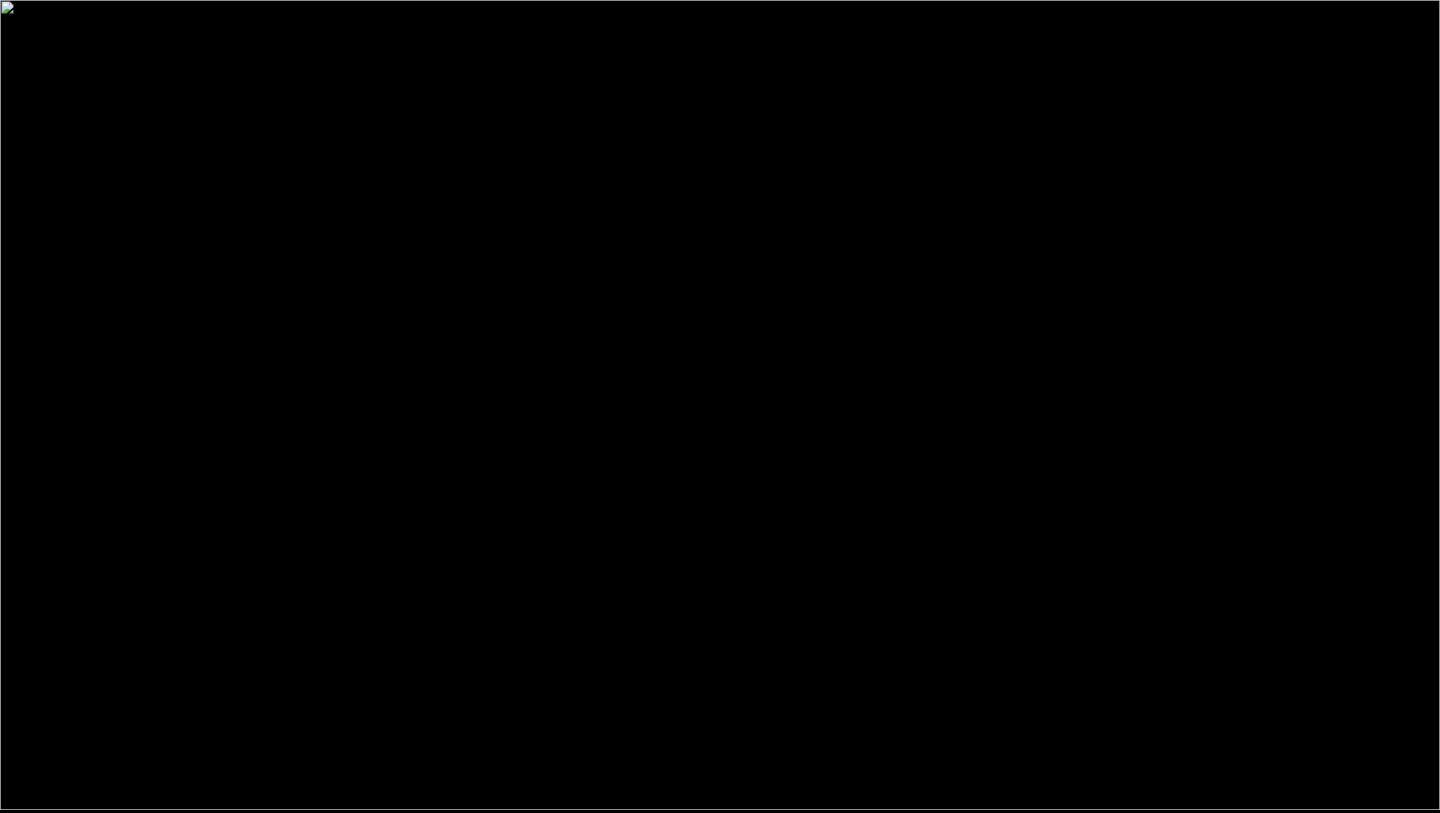
Repository: omargo33/si001
Page: tizen/SI00100/paginas/presentacion.html
The author's editor kept a copy of each file at every save. The page is drawn from the files as they stood at one save, then again after the next save.
The browser window is 1280 px wide. The page is 1920 px wide, then 1280 px, then 1920 px, so the pictures cover 1920 px, including what lies to the right of the window. The pictures show the whole page, at 75% of full size.

Above is the page before, as saved 2022-09-30 02:43:31.

After the next save:
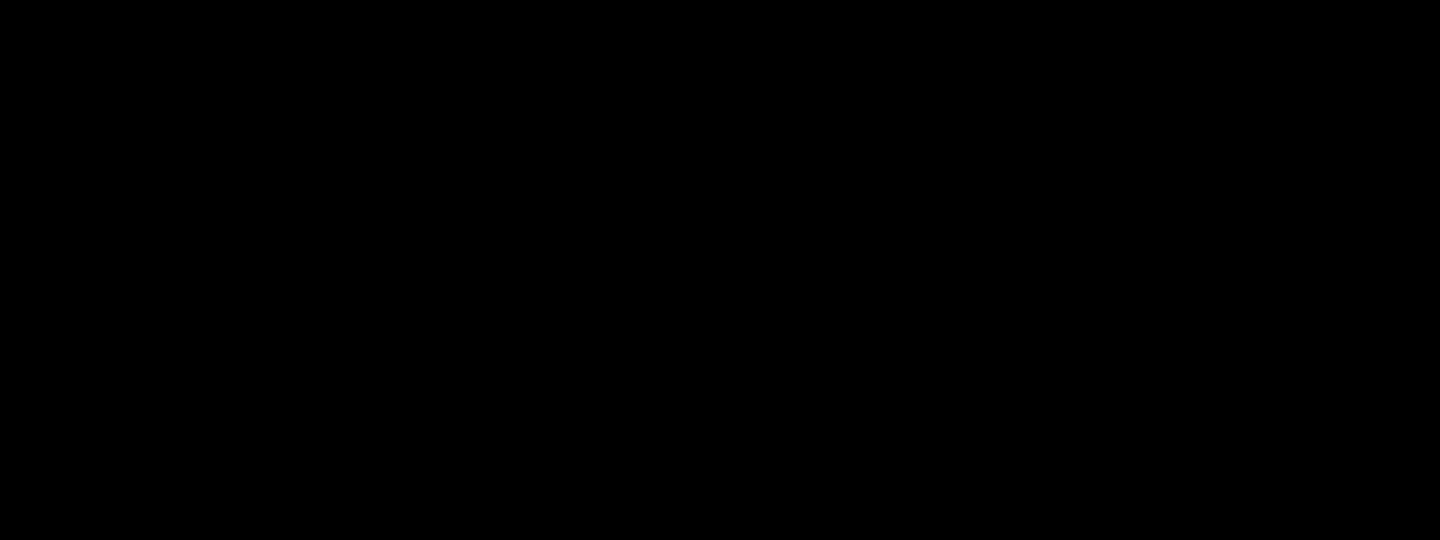
Saved 67 s later.
--- a/tizen/SI00100/paginas/presentacion.html
+++ b/tizen/SI00100/paginas/presentacion.html
@@ -15,7 +15,9 @@
 		>
 	</video>
 	<img src="file:///opt/media/USBDriveA1/images/info001.jpg" width="1920"
-		height="1080" style="border: 0px; padding: 0px;">
+		height="1080" style="border: 0px; padding: 0px;"
+		hidden="hidden"
+		>
 </body>
 <script src="../js/presentacion/presentacion.js"></script>
 </html></html>

After the save that followed:
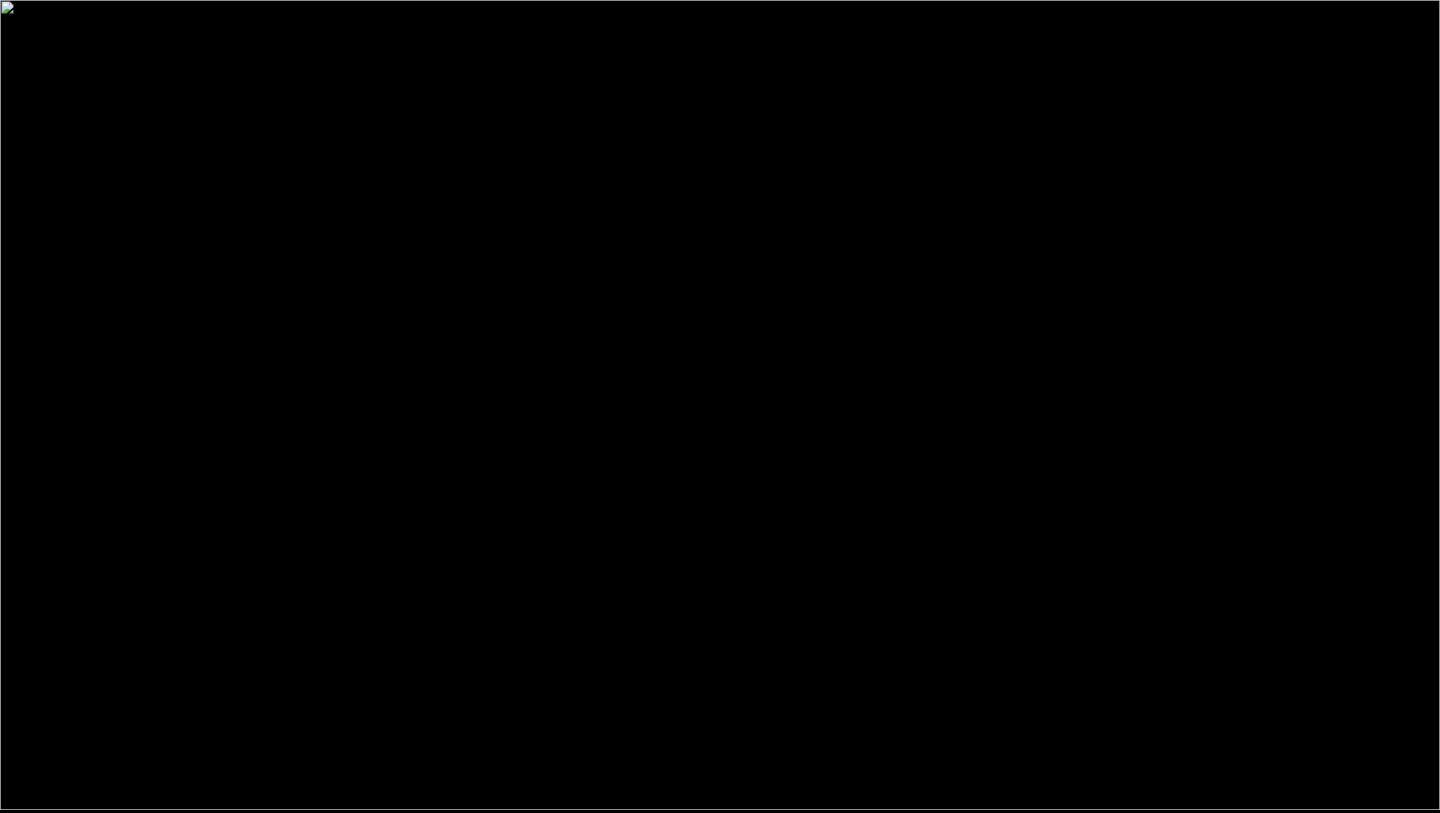
Saved 31 s later.
--- a/tizen/SI00100/paginas/presentacion.html
+++ b/tizen/SI00100/paginas/presentacion.html
@@ -16,7 +16,7 @@
 	</video>
 	<img src="file:///opt/media/USBDriveA1/images/info001.jpg" width="1920"
 		height="1080" style="border: 0px; padding: 0px;"
-		hidden="hidden"
+
 		>
 </body>
 <script src="../js/presentacion/presentacion.js"></script>
